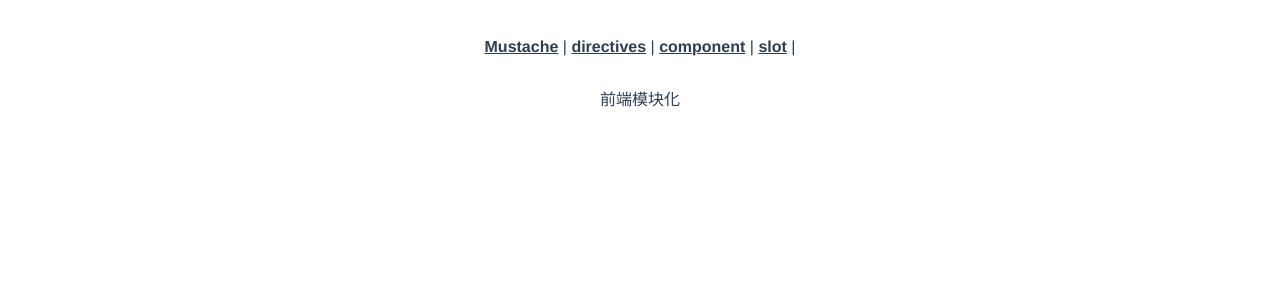
Repository: yeyanghui0616/my-vue2-learning
Page: /module
The author's editor kept a copy of each file at every save. The page is drawn from the files as they stood at one save, then again after the next save.
The browser window is 1280 px wide. The pictures show the whole page.
The project was rebuilt for these pictures with package versions that can differ from the ones it lists, and the page was loaded fresh each time. Also part of the build but not shown: src/views/Mustache.vue, src/components/globalComponent.vue.

Above is the page before, as saved 2023-08-30 22:10:12.

After the next save:
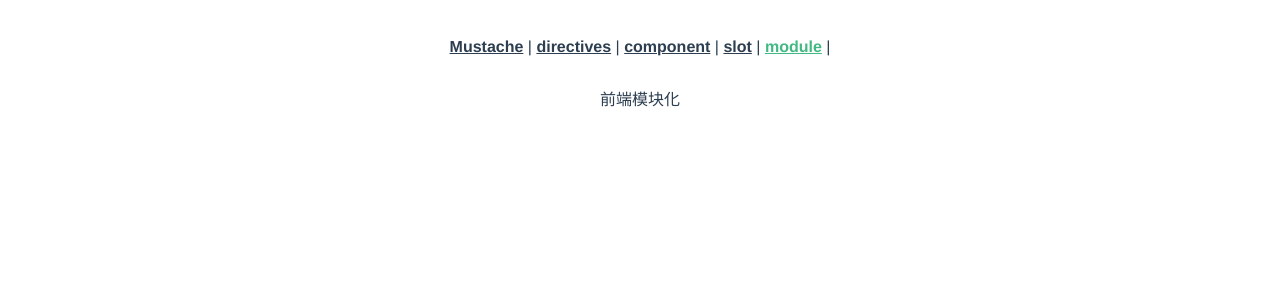
Saved 6 s later.
--- a/src/App.vue
+++ b/src/App.vue
@@ -5,6 +5,7 @@
       <router-link to="/directives">directives</router-link> |
       <router-link to="/component">component</router-link> |
       <router-link to="/slot">slot</router-link> |
+      <router-link to="/module">module</router-link> |
     </div>
     <router-view />
   </div>
